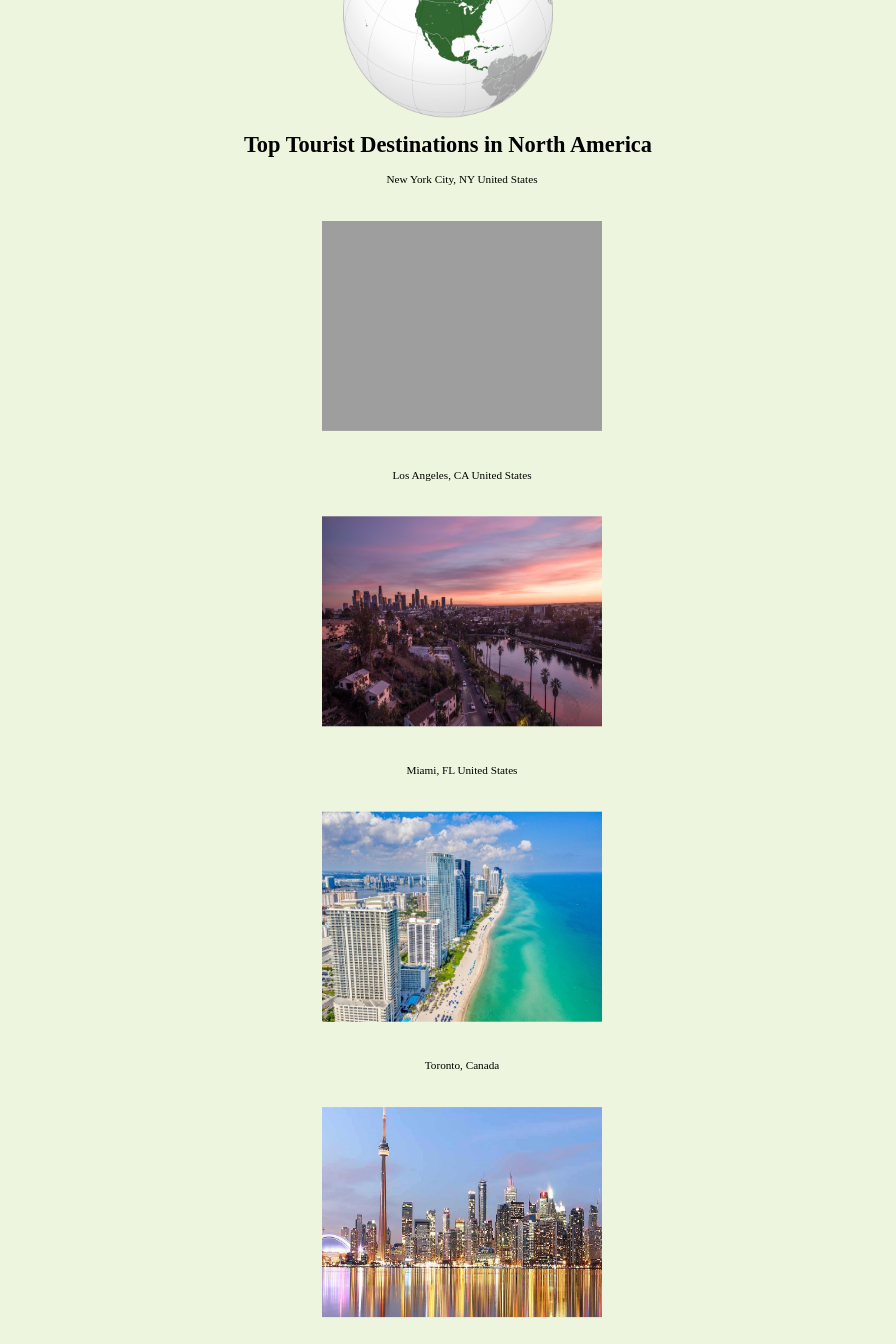
Repository: alharama/StaticWebsite
Page: na_page.html
An editor plug-in stored every save of this project. The page is shown before and after the next save, followed by the edit.
The browser window is 1280 px wide. The pictures show the part of the page from y = 441 to 2361 px (the page is 3081 px tall), at 70% of full size.
Pictures or frames that could not be fetched are drawn as grey boxes.

Above is the page before, as saved 2021-09-29 19:05:35.

After the next save:
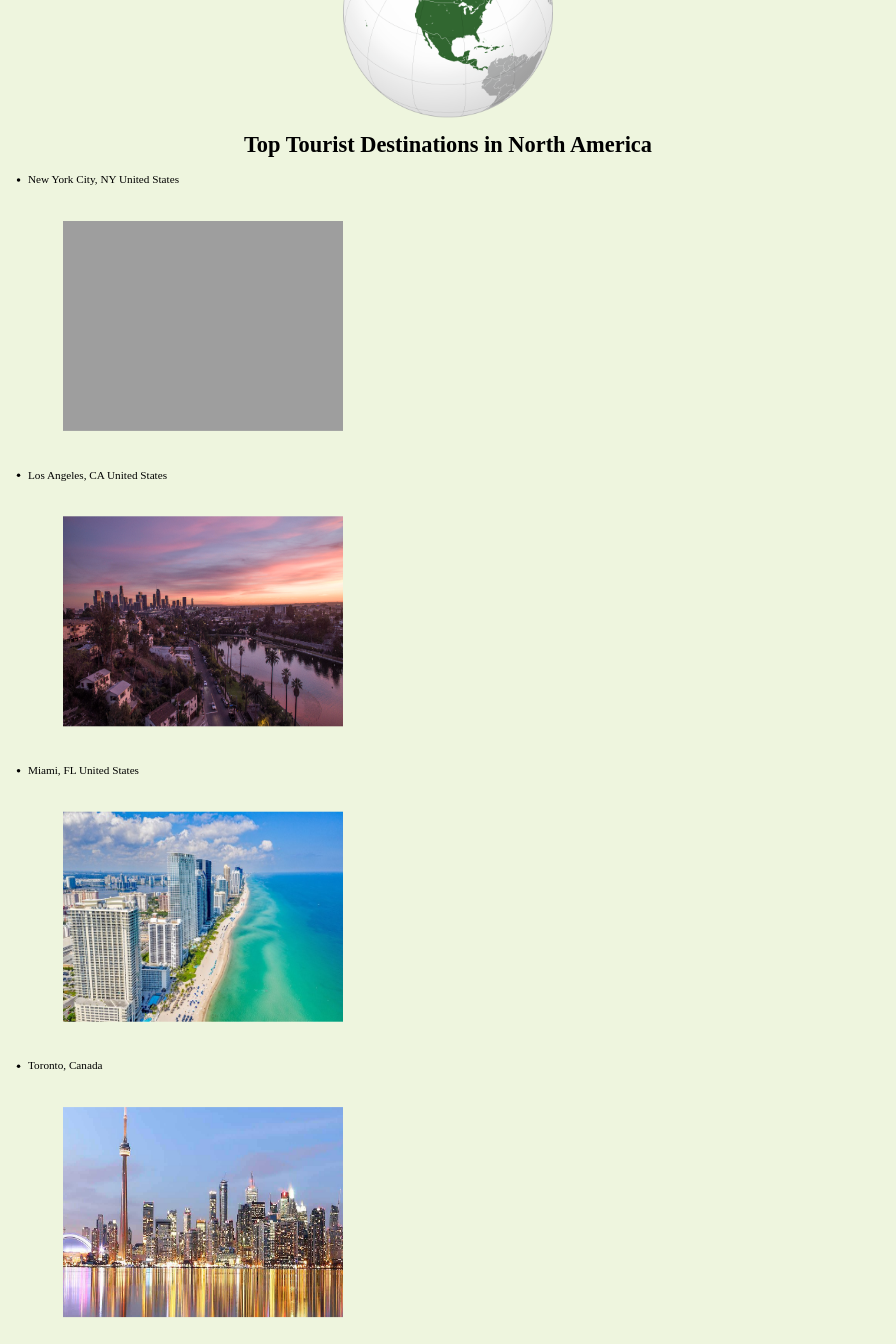
Saved 2 min 22 s later.
--- a/na_page.html
+++ b/na_page.html
@@ -135,7 +135,7 @@
         <h1> Top Tourist Destinations in North America</h1>
 
 
-        <ul id = "tourist_spots">
+        <ul class = "tourist_spots">
             <li> New York City, NY United States</li>
 
             <span><img id="dest" src="NY.jpeg" alt="NY">  </span>

After the 2 saves that followed:
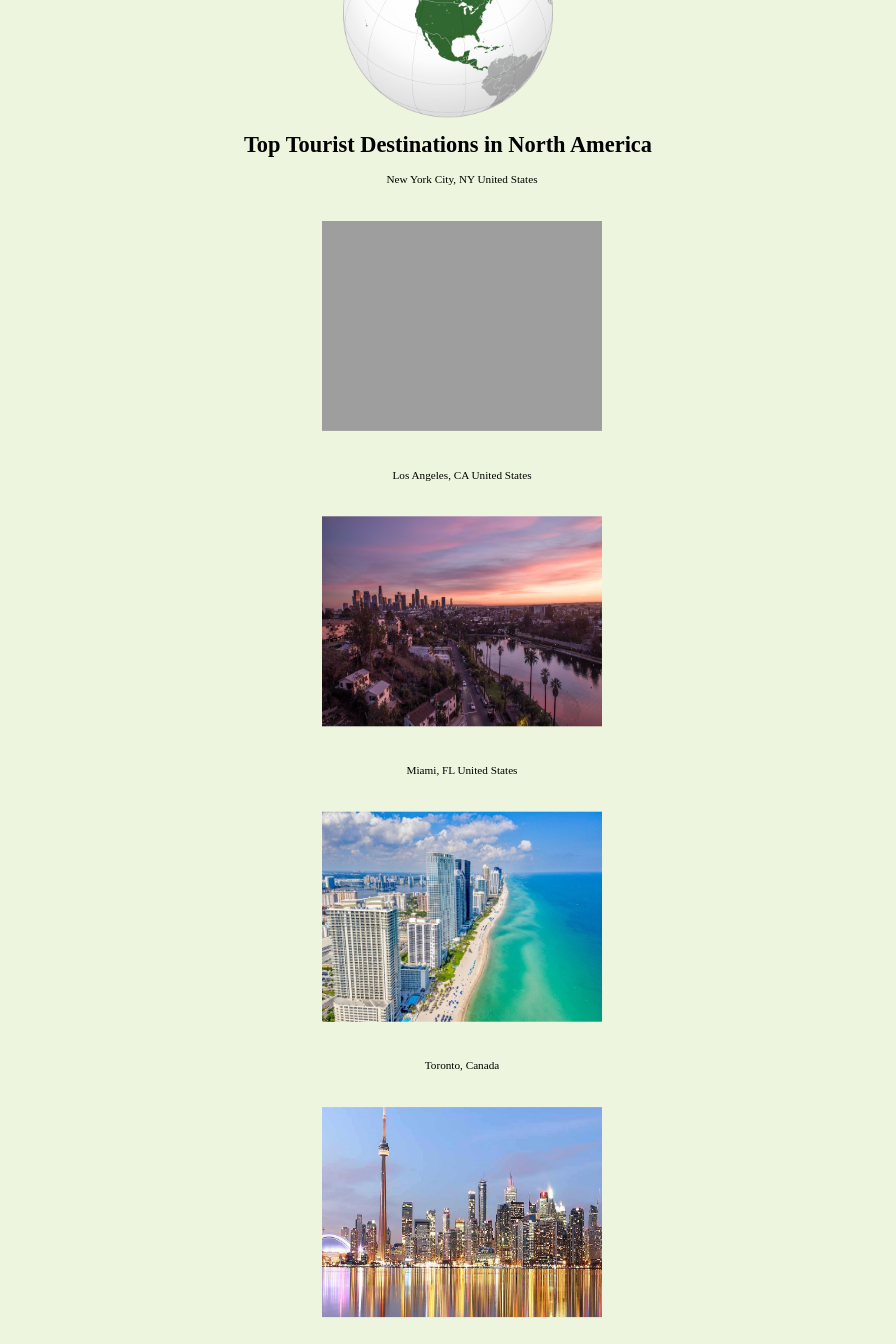
The 2 saves are shown as one change because 1 left the picture as it was.
The last was saved 27 s later.
--- a/na_page.html
+++ b/na_page.html
@@ -72,7 +72,7 @@
             text-align: center;
         }
 
-        #tourist_spots {
+        .tourist_spots {
             list-style: none;
             text-align: center;
         }
